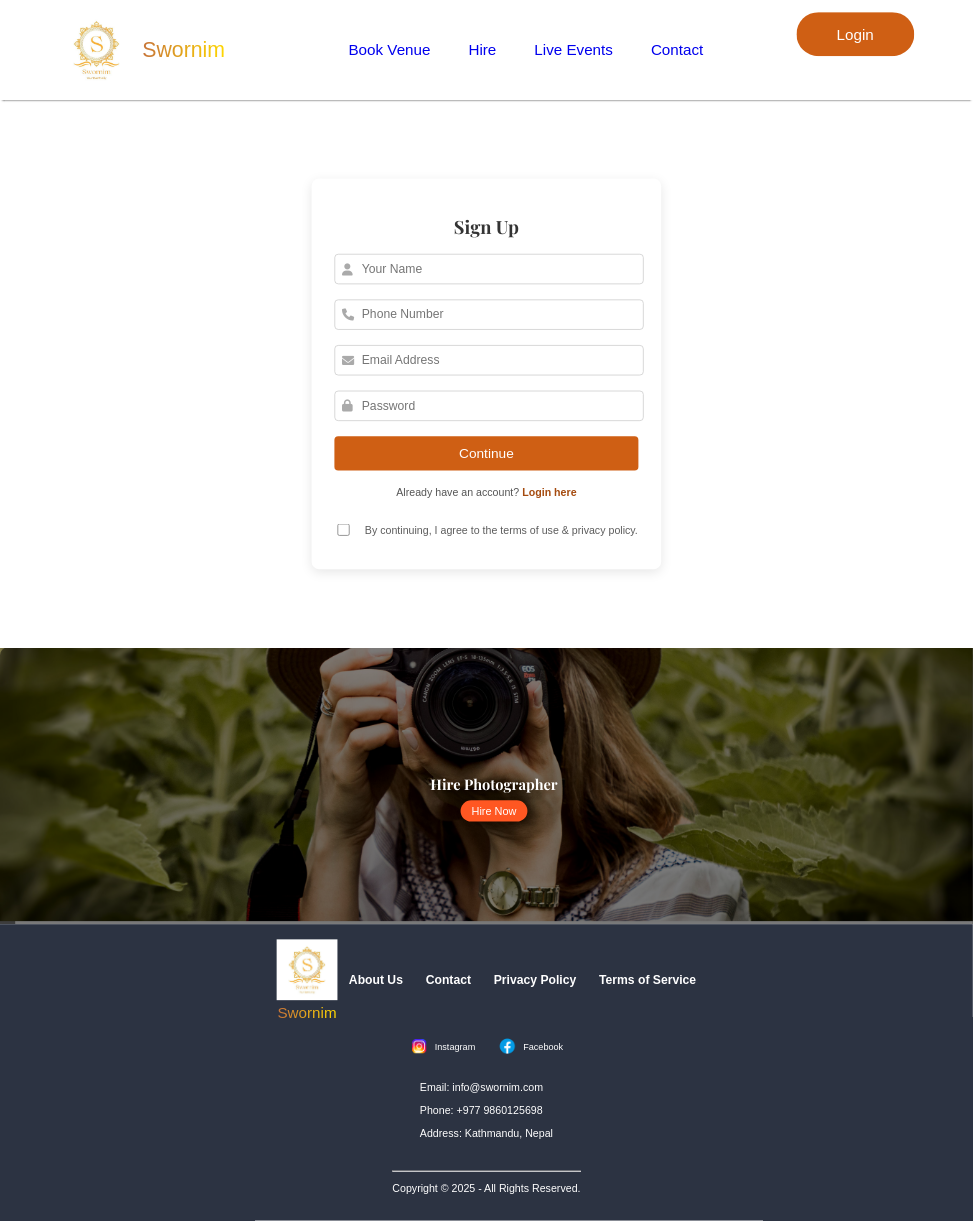
Repository: leonischu/Swornim
Page: /login (app in frontend/)
An editor plug-in stored every save of this project. The page is shown before and after the next save, followed by the edit.
The browser window is 1280 px wide. The pictures show the whole page, at 76% of full size.
Pictures or frames that could not be fetched are drawn as grey boxes. The project was rebuilt for these pictures with package versions that can differ from the ones it lists, and the page was loaded fresh each time. Also part of the build but not shown: frontend/src/App.css, frontend/src/Pages/Book.jsx, frontend/src/Pages/Contact.jsx.

Above is the page before, as saved 2025-06-01 19:07:51.

### frontend/public/index.html
<!DOCTYPE html>
<html lang="en">
  <head>
    <meta charset="utf-8" />
    <link rel="icon" href="%PUBLIC_URL%/favicon.ico" />
    <meta name="viewport" content="width=device-width, initial-scale=1" />
    <meta name="theme-color" content="#000000" />
    <meta
      name="description"
      content="Web site created using create-react-app"
    />
    <link rel="apple-touch-icon" href="%PUBLIC_URL%/logo192.png" />
    <!--
      manifest.json provides metadata used when your web app is installed on a
      user's mobile device or desktop. See https://developers.google.com/web/fundamentals/web-app-manifest/
    -->
    <link rel="manifest" href="%PUBLIC_URL%/manifest.json" />
    <link href="https://fonts.googleapis.com/css2?family=Lato:wght@400;600&family=Playfair+Display:wght@400;600;700&display=swap" rel="stylesheet">
    <link rel="stylesheet" href="https://cdnjs.cloudflare.com/ajax/libs/font-awesome/6.0.0-beta3/css/all.min.css"/>

    <!--
      Notice the use of %PUBLIC_URL% in the tags above.
      It will be replaced with the URL of the `public` folder during the build.
      Only files inside the `public` folder can be referenced from the HTML.

      Unlike "/favicon.ico" or "favicon.ico", "%PUBLIC_URL%/favicon.ico" will
      work correctly both with client-side routing and a non-root public URL.
      Learn how to configure a non-root public URL by running `npm run build`.
    -->
    <title>Swornim</title>
  </head>
  <body>
    <noscript>You need to enable JavaScript to run this app.</noscript>
    <div id="root"></div>
    <!--
      This HTML file is a template.
      If you open it directly in the browser, you will see an empty page.

      You can add webfonts, meta tags, or analytics to this file.
      The build step will place the bundled scripts into the <body> tag.

      To begin the development, run `npm start` or `yarn start`.
      To create a production bundle, use `npm run build` or `yarn build`.
    -->
  </body>
</html>

### frontend/src/index.css
body {
  margin: 0;
  font-family: -apple-system, BlinkMacSystemFont, 'Segoe UI', 'Roboto', 'Oxygen',
    'Ubuntu', 'Cantarell', 'Fira Sans', 'Droid Sans', 'Helvetica Neue',
    sans-serif;
  -webkit-font-smoothing: antialiased;
  -moz-osx-font-smoothing: grayscale;
  font-family: 'Lato', sans-serif ;
  color: rgb(29, 29, 29);
}
h1, h2, h3, h4, h5, h6 {
  font-family: 'Playfair Display', serif;
  color: rgb(23, 23, 23); /* Default heading color */
  font-weight: bold;
}
.body-medium {
  font-family: 'Lato', sans-serif;
  font-size: 16px;
  color: rgb(29, 29, 29);
}
.title-medium {
  font-family: 'Playfair Display', serif;
  font-size: 20px;
  font-weight: bold;
  color: rgb(23, 23, 23);
}
.headline-small {
  font-family: 'Playfair Display', serif;
  font-size: 24px;
  font-weight: bold;
  color: white; /* White for headings like "Book Venue" */
}

code {
  font-family: source-code-pro, Menlo, Monaco, Consolas, 'Courier New',
    monospace;
}

### frontend/src/App.js

import './App.css';
import { Navbar } from './Components/Navbar/Navbar';
import { BrowserRouter, Routes, Route } from 'react-router-dom';
import { Book } from './Pages/Book';
import { Contact } from './Pages/Contact';
import { LoginSignup } from './Pages/LoginSignup';
import { Footer} from './Components/Footer/Footer';
import Carousel from './Components/Carousel/Carousel';
function App() {
  return (
    <div>
      <BrowserRouter>
      <Navbar/>
       <Routes>
          <Route path='/' element={<Book/>}/>
          <Route path='/contact' element={<Contact/>}/>

          <Route path='/login' element={<LoginSignup/>}/>
          </Routes>
          <Carousel/>
         <Footer/>
      </BrowserRouter>
    </div>
  );
}

export default App;

### frontend/src/Components/Navbar/Navbar.jsx
import React, { useState } from 'react'
import './Navbar.css'

import logo from '../Assets/logo.jpg'
import { Link } from 'react-router-dom';
export const Navbar = () => {
    const [menu, setMenu] = useState(""); // State for active menu item

  return (
    <div className='navbar'>
      <div className='nav-logo'>
        <img src={logo} alt=""/>
        <p>Swornim</p>
      </div>
      <ul className="nav-menu">
        <li onClick={()=>{setMenu("book venue")}}><Link style={{ textDecoration: 'none' }}to='/'>Book Venue</Link>{menu==="book venue"?<hr/>:<></>}</li>
        <li onClick={()=>{setMenu("hire")}}><Link style={{ textDecoration: 'none' }}to='/hire'> Hire</Link>{menu==="hire"?<hr/>:<></>}</li>
        <li onClick={()=>{setMenu("live events")}}><Link style={{ textDecoration: 'none' }} to='/liveevents'>Live Events</Link>{menu==="live events"?<hr/>:<></>}</li>
        <li onClick={()=>{setMenu("contact")}}><Link style={{ textDecoration: 'none' }}  to='/contact'>Contact</Link >{menu==="contact"?<hr/>:<></>}</li>
      </ul>
      <div className='nav-login-cart'>
        <Link to='/login'><button>Login</button></Link>

      </div>
    </div>
  )
}

### frontend/src/Pages/LoginSignup.jsx
import React, { useState } from "react";
import "./CSS/LoginSignup.css";

export const LoginSignup = () => {
  const [isSignup, setIsSignup] = useState(true); // State to toggle between Login and Signup

  return (
    <div className="loginsignup">
      <div className="loginsignup-container">
        <h1>{isSignup ? "Sign Up" : "Login"}</h1>
        <div className="loginsignup-fields">
          {isSignup ? (
            <>
              <div className="input-container">
                <i className="fas fa-user"></i>
                <input type="text" placeholder="Your Name" />
              </div>
              <div className="input-container">
              <i className="fa fa-phone"></i>
              <input type="text" placeholder="Phone Number" />
             </div>
              <div className="input-container">
                <i className="fas fa-envelope"></i>
                <input type="email" placeholder="Email Address" />
              </div>
              <div className="input-container">
                <i className="fas fa-lock"></i>
                <input type="password" placeholder="Password" />
              </div>
            </>
          ) : (
            <>
              <div className="input-container">
                <i className="fas fa-envelope"></i>
                <input type="email" placeholder="Email Address" />
              </div>
              <div className="input-container">
                <i className="fas fa-lock"></i>
                <input type="password" placeholder="Password" />
              </div>

            </>
          )}
        </div>
        <button>{isSignup ? "Continue" : "Login"}</button>
        <p className="loginsignup-login">
          {isSignup ? (
            <>
              Already have an account?{" "}
              <span onClick={() => setIsSignup(false)}>Login here</span>
            </>
          ) : (
            <>
              Don't have an account?{" "}
              <span onClick={() => setIsSignup(true)}>Sign Up</span>
            </>
          )}
        </p>
        {isSignup && (
          <div className="loginsignup-agree">
            <input type="checkbox" />
            <p>By continuing, I agree to the terms of use & privacy policy.</p>
          </div>
        )}
      </div>
    </div>
  );
};

### frontend/src/Components/Footer/Footer.jsx
import React from 'react'
import './Footer.css'
import footer_logo from '../Assets/logo.jpg'
import instagram_icon from '../Assets/instagram_icon.png'
import facebook_icon from '../Assets/facebook_icon.png'

export const Footer = () => {
  return (
    <div className='footer'>

      {/* Logo and Navigation Links */}
      <div className='footer-top'>
        <div className="footer_logo">
          <img src={footer_logo} alt='logo' />
          <p>Swornim</p>

        </div>

        <ul className='footer-links'>
          <li>About Us</li>
          <li>Contact</li>
          <li>Privacy Policy</li>
          <li>Terms of Service</li>
        </ul>
      </div>

      {/* Social Icons */}
      <div className="footer-social-section">
        <div className="footer-social-icon">
          <a
            href="https://instagram.com"
            target="_blank"
            rel="noopener noreferrer"
            className='footer-icons-container'
          >
            <img src={instagram_icon} alt="Instagram" />
            <span>Instagram</span>
          </a>
          <a
            href="https://facebook.com"
            target="_blank"
            rel="noopener noreferrer"
            className='footer-icons-container'
          >
            <img src={facebook_icon} alt="Facebook" />
            <span>Facebook</span>
          </a>
        </div>
      </div>

      {/* Contact Info */}
      <div className="footer-contact">
        <p>Email: info@swornim.com</p>
        <p>Phone: +977 9860125698 </p>
        <p>Address: Kathmandu, Nepal</p>
      </div>

      {/* Copyright */}
      <div className="footer-copyright">
        <hr />
        <p>Copyright © 2025 - All Rights Reserved.</p>
      </div>

    </div>
  )
}

### frontend/src/Components/Carousel/Carousel.jsx
import React from 'react';
import Slider from "react-slick";
import "slick-carousel/slick/slick.css";
import "slick-carousel/slick/slick-theme.css";
import "./Carousel.css";
const Carousel = () => {
  const settings = {
    dots: true,
    infinite: true,
    speed: 500,
    slidesToShow: 1,
    slidesToScroll: 1,
    autoplay: true,
    autoplaySpeed: 3000,
  };

  const slides = [
    {
      title: "Book Your Event",
      image: require("../Assets/venue.jpg"),
      buttonText: "Book Now",
    },
    {
      title: "Hire Photographer",
      image: require("../Assets/photographer.jpg"),
      buttonText: "Hire Now",
    },
    {
      title: "Hire Makeup Artist",
      image: require("../Assets/makeupartist.jpg"),
      buttonText: "Hire Now",
    },
    {
      title: "Get Into Live Events",
      image: require("../Assets/liveevent.jpg"),
      buttonText: "Explore Now",
    },
  ];

return (
  <div className="carousel-container">
    <Slider {...settings}>
      {slides.map((slide, index) => (
        <div key={index} className="carousel-slide">
          <img
            src={slide.image}
            alt={slide.title}
            className="carousel-image"
          />
          <div className="carousel-overlay">
            <h2 className="carousel-title">{slide.title}</h2>
            <button className="carousel-button">{slide.buttonText}</button>
          </div>
        </div>
      ))}
    </Slider>
  </div>
);
}

export default Carousel;

### frontend/src/Components/Navbar/Navbar.css
.navbar{
    display:flex;
    justify-content: space-around;
    padding: 16px;
    box-shadow: 0 1px 3px -2px black;
}
.nav-logo{
    display: flex;
    align-items: center;
    gap: 10px;
}
.nav-logo p {
    background: linear-gradient(to right, rgba(199, 116, 57, 1), #FFD700);
    -webkit-background-clip: text;
    -webkit-text-fill-color: transparent;
    background-clip: text; /* Optional for broader support */
    font-size: 28px;
    font-weight: 400;
}
.nav-logo img {
    width: 100px; /* Adjust the width of an image/icon */
    height: auto;
}
.nav-menu{
    display: flex;
    align-items: center;
    list-style: none;
    gap: 50px;
    color: black;
    font-size: 20px;
    font-weight: 500;

}
.nav-menu li{
    display: flex;
    flex-direction: column;
    align-items: center;
    justify-content: center;
    gap: 3px;
    cursor: pointer;

}
.nav-menu hr{
    border: none;
    width: 90%;
    height: 3px;
    border-radius: 15px;
    background: rgba(207, 95, 20, 1);

}
.nav-login-cart {
    display: flex; /* Flexbox layout */
    gap: 15px; /* Adjust the gap between buttons */
}
.nav-login-cart button{
    width: 155px;
    height: 58px;
    outline: none;
    border: 1px solid transparent;
    border-radius: 75px;
    background-color: rgba(207, 95, 20, 1);
    color: white;
    font-size: 20px;
    font-weight: 500;
    cursor: pointer;
}
.nav-login-cart button:active{
    background: rgba(44, 51, 66, 1);
}

### frontend/src/Pages/CSS/LoginSignup.css
body, html {
  margin: 0;
  padding: 0;
  box-sizing: border-box;
  font-family: 'Arial', sans-serif;
}

.loginsignup {
  width: 100%;
  height: 100vh;
  display: flex;
  justify-content: center;
  align-items: center;
  background: none; /* No background color */
}

.loginsignup-container {
  width: 400px;
  padding: 30px;
  background: white;
  border-radius: 10px;
  box-shadow: 0 4px 15px rgba(0, 0, 0, 0.1);
  text-align: center;
}

.loginsignup-container h1 {
  margin-bottom: 20px;
  color: #333;
  font-size: 24px;
}

.input-container {
  position: relative;
  margin-bottom: 20px;
}

.input-container i {
  position: absolute;
  top: 50%;
  left: 10px;
  transform: translateY(-50%);
  color: #aaa;
  font-size: 16px;
}

.input-container input {
  width: calc(100% - 40px);
  padding: 10px 10px 10px 35px;
  border: 1px solid #ccc;
  border-radius: 5px;
  font-size: 16px;
  outline: none;
  color: #333;
}

.input-container input:focus {
  border-color: #555;
}

button {
  width: 100%;
  padding: 12px;
  border: none;
  border-radius: 5px;
  background: rgba(207, 95, 20, 1);
  color: white;
  font-size: 18px;
  cursor: pointer;
  transition: background 0.3s ease-in-out;
}

button:hover {
  background: rgba(165, 75, 15, 1);
}

.loginsignup-login {
  margin-top: 20px;
  color: #555;
  font-size: 14px;
}

.loginsignup-login span {
  color: rgba(165, 75, 15, 1);;
  font-weight: bold;
  cursor: pointer;
}

.loginsignup-login span:hover {
  text-decoration: underline;
}

.loginsignup-agree {
  display: flex;
  align-items: center; /* Vertically aligns checkbox and text */
  gap: 10px; /* Space between the checkbox and the text */
  margin-top: 20px;
  font-size: 14px;
  color: #5c5c5c;
}

.loginsignup-agree input {
  margin-right: 10px;
}

.loginsignup-agree input[type='checkbox'] {
  width: 16px; /* Adjust the size of the checkbox */
  height: 16px;
  cursor: pointer; /* Makes the checkbox more interactive */
}

### frontend/src/Components/Footer/Footer.css
.footer {
  display: flex;
  flex-direction: column;
  align-items: center;
  gap: 20px;
  padding: 20px 0;
  background-color: rgba(44, 51, 66, 1);
  color: white;
  font-family: Arial, sans-serif;
  font-size: 14px;
}

/* Top Section: Logo and Description */
.footer-top {
  display: flex;
  justify-content: center;
  align-items: center;
  gap: 15px;
  width: 90%;
  max-width: 1200px;
  text-align: center;
}

.footer_logo {
  display: flex;
  flex-direction: column;
  align-items: center;
  gap: 5px;
}

.footer_logo img {
  width: 80px;
  height: auto;
}

.footer_logo p {
  font-size: 20px;
  font-weight: 500;
  margin: 0;
  background: linear-gradient(to right, rgba(199, 116, 57, 1), #FFD700);
  -webkit-background-clip: text;
  -webkit-text-fill-color: transparent;
}

.footer-description {
  font-size: 14px;
  color: #ddd;
}

/* Middle Section: Centered Links */
.footer-middle {
  display: flex;
  justify-content: center;
  align-items: center;
  width: 100%;
}

.footer-links {
  display: flex;
  list-style: none;
  gap: 30px;
  padding: 0;
  margin: 0;
  font-size: 16px;
  font-weight: bold;
}

.footer-links li {
  cursor: pointer;
  transition: color 0.3s;
}

.footer-links li:hover {
  color: #ffa500;
}

/* Bottom Section: Social Icons and Copyright */
.footer-bottom {
  display: flex;
  flex-direction: column;
  align-items: center;
  gap: 15px;
  width: 90%;
  max-width: 1200px;
  font-size: 13px;
}

.footer-social-section {
  display: flex;
  justify-content: center;
  gap: 20px;
}

.footer-social-icon {
  display: flex;
  gap: 30px;
}

.footer-icons-container {
  display: flex;
  align-items: center;
  gap: 8px;
  text-decoration: none;
  color: white;
  cursor: pointer;
  transition: color 0.3s ease;
}

.footer-icons-container img {
  width: 25px;
  height: 25px;
}

.footer-icons-container span {
  font-size: 12px;
}

.footer-icons-container:hover {
  color: #ff5722;
}

.footer-bottom hr {
  width: 80%;
  border: none;
  border-radius: 10px;
  height: 2px;
  background: #c7c7c7;
}

### frontend/src/Components/Carousel/Carousel.css
/* Carousel container */
.carousel-container {
  width: 100vw;
  margin: 0 auto;
  overflow: hidden;
}

/* Each slide */
.carousel-slide {
  position: relative;
  display: flex;
  justify-content: center;
  align-items: center;
}

/* Image styles */
.carousel-image {
  width: 100vw;
  height: 50vh;    /* Half viewport height */
  object-fit: cover; /* Ensures the image fills the area without distortion */
  border-radius: 0;
  box-shadow: 0px 4px 8px rgba(0, 0, 0, 0.1);
}

/* Overlay styles */
.carousel-overlay {
  position: absolute;
  top: 0;
  left: 0;
  width: 100%;
  height: 100%;
  background: rgba(0, 0, 0, 0.5); /* Slightly darker overlay */
  display: flex;
  flex-direction: column;
  justify-content: center;
  align-items: center;
  border-radius: 10px;
  padding: 10px;
}

/* Title styles */
.carousel-title {
  color: white;
  font-size: 1.2rem; /* Smaller font size for titles */
  font-weight: bold;
  margin-bottom: 8px;
  text-align: center;
}

/* Button styles */
.carousel-button {
  background-color: #ff5722;
  color: white;
  display: inline-block;
  width: auto;
  max-width: 150px;
  padding: 6px 14px; /* Smaller padding for buttons */
  border: none;
  border-radius: 20px;
  font-size: 0.9rem; /* Smaller button font size */
  cursor: pointer;
  box-shadow: 0px 2px 6px rgba(0, 0, 0, 0.2);
  transition: background-color 0.3s ease;
}

.carousel-button:hover {
  background-color: #e64a19;
}

Loaded but not shown: frontend/src/index.js (common file); frontend/src/reportWebVitals.js (common file)

After the next save:
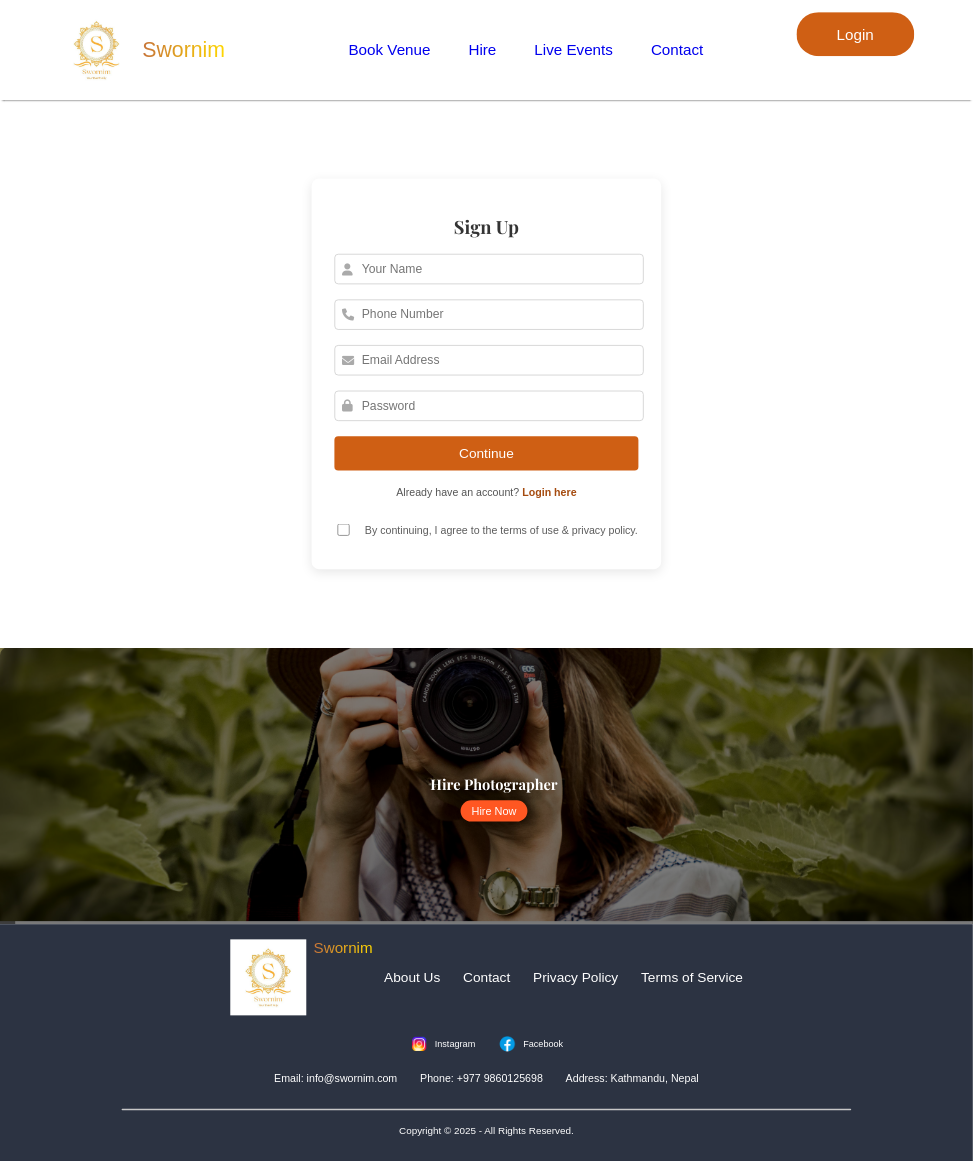
Saved 2 min 37 s later.
--- a/frontend/src/Components/Footer/Footer.css
+++ b/frontend/src/Components/Footer/Footer.css
@@ -2,7 +2,7 @@
   display: flex;
   flex-direction: column;
   align-items: center;
-  gap: 20px;
+  gap: 25px; /* Increased gap for better spacing */
   padding: 20px 0;
   background-color: rgba(44, 51, 66, 1);
   color: white;
@@ -10,9 +10,9 @@
   font-size: 14px;
 }
 
-/* Top Section: Logo and Description */
+/* Top section with logo and links */
 .footer-top {
-  display: flex;
+   display: flex;
   justify-content: center;
   align-items: center;
   gap: 15px;
@@ -23,36 +23,24 @@
 
 .footer_logo {
   display: flex;
-  flex-direction: column;
+  flex-direction: column
   align-items: center;
-  gap: 5px;
+  gap: 10px;
 }
 
 .footer_logo img {
-  width: 80px;
+  width: 100px;
   height: auto;
+
 }
 
 .footer_logo p {
+  background: linear-gradient(to right, rgba(199, 116, 57, 1), #FFD700);
+  -webkit-background-clip: text;
+  -webkit-text-fill-color: transparent;
   font-size: 20px;
   font-weight: 500;
   margin: 0;
-  background: linear-gradient(to right, rgba(199, 116, 57, 1), #FFD700);
-  -webkit-background-clip: text;
-  -webkit-text-fill-color: transparent;
-}
-
-.footer-description {
-  font-size: 14px;
-  color: #ddd;
-}
-
-/* Middle Section: Centered Links */
-.footer-middle {
-  display: flex;
-  justify-content: center;
-  align-items: center;
-  width: 100%;
 }
 
 .footer-links {
@@ -61,38 +49,30 @@
   gap: 30px;
   padding: 0;
   margin: 0;
-  font-size: 16px;
-  font-weight: bold;
+  font-size: 18px;
+  justify-content: center;
 }
 
 .footer-links li {
   cursor: pointer;
   transition: color 0.3s;
+
 }
 
 .footer-links li:hover {
   color: #ffa500;
 }
 
-/* Bottom Section: Social Icons and Copyright */
-.footer-bottom {
-  display: flex;
-  flex-direction: column;
-  align-items: center;
-  gap: 15px;
+/* Social Icons Section */
+.footer-social-section {
   width: 90%;
   max-width: 1200px;
-  font-size: 13px;
-}
-
-.footer-social-section {
-  display: flex;
-  justify-content: center;
-  gap: 20px;
+  text-align: center;
 }
 
 .footer-social-icon {
   display: flex;
+  justify-content: center;
   gap: 30px;
 }
 
@@ -102,6 +82,8 @@
   gap: 8px;
   text-decoration: none;
   color: white;
+  background: none;
+  border: none;
   cursor: pointer;
   transition: color 0.3s ease;
 }
@@ -119,7 +101,35 @@
   color: #ff5722;
 }
 
-.footer-bottom hr {
+/* Contact Info Section */
+.footer-contact {
+  display: flex;
+  flex-wrap: wrap;
+  justify-content: center;
+  gap: 30px;
+  text-align: center;
+  width: 90%;
+  max-width: 1200px;
+  font-size: 14px;
+}
+
+.footer-contact p {
+  margin: 0;
+}
+
+/* Copyright Section */
+.footer-copyright {
+  display: flex;
+  flex-direction: column;
+  align-items: center;
+  width: 100%;
+  max-width: 1200px;
+  color: white;
+  font-size: 13px;
+  text-align: center;
+}
+
+.footer-copyright hr {
   width: 80%;
   border: none;
   border-radius: 10px;
